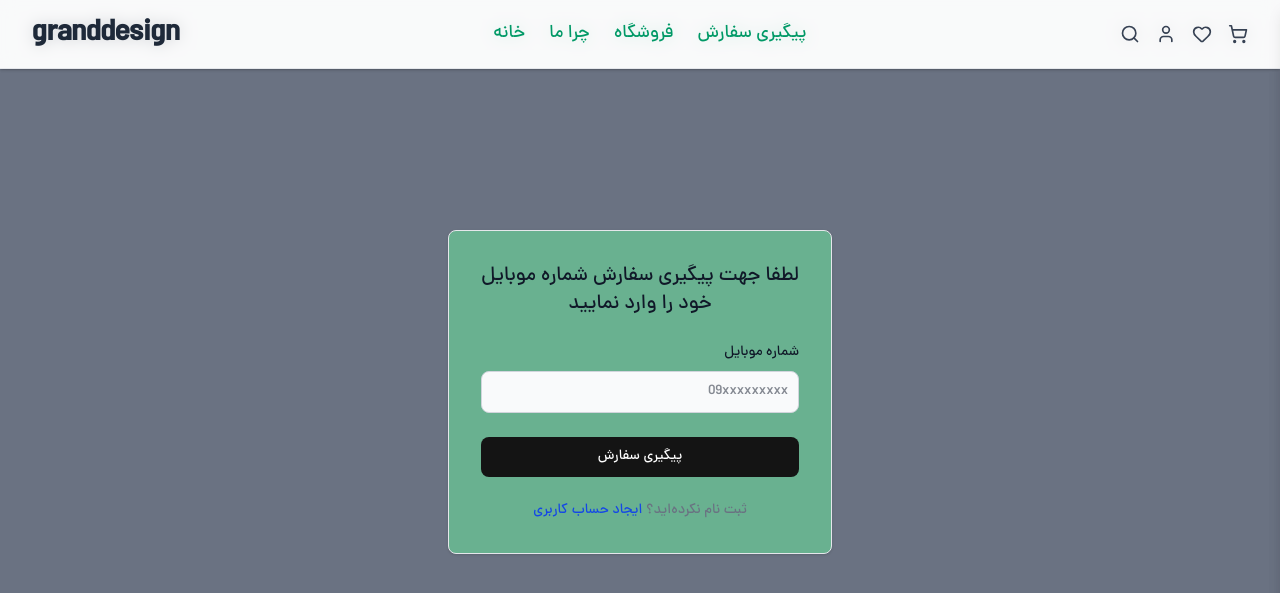
Repository: Aihan-2005/granddesign.frontend
Page: /productTracking
These files come from the project's save history. The page is drawn as it stood at one moment and after the next save; the edit follows.
The browser window is 1280 px wide. The pictures show the whole page.
The project was rebuilt for these pictures with package versions that can differ from the ones it lists, and the page was loaded fresh each time. The framework's server and built-in components were replaced by stand-ins that run in the browser. Also part of the build but not shown: next.config.mjs, src/components/store/modal/Search.jsx, src/zustand/useAuthStore.jsx, src/components/store/modal/Login.jsx, src/components/store/modal/CartModal.jsx, src/components/store/modal/FavoritesModal.jsx.

Above is the page before, as saved 2025-09-16 01:46:32.

### src/app/layout.jsx
import { Geist, Geist_Mono } from "next/font/google";
import "./globals.css";
import Header from './../components/store/Headers';
import Search from './../components/store/modal/Search';
import LoginModal from './../components/store/modal/Login';
import CartModal from './../components/store/modal/CartModal';
import FavoritesModal from "@/components/store/modal/FavoritesModal";

const geistSans = Geist({
  variable: "--font-geist-sans",
  subsets: ["latin"],
});

const geistMono = Geist_Mono({
  variable: "--font-geist-mono",
  subsets: ["latin"],
});

export const metadata = {
  title: "Create Next App",
  description: "Generated by create next app",
};

export default function RootLayout({ children }) {
  return (
    <html lang="en">
      <body className={`${geistSans.variable} ${geistMono.variable} antialiased`}>
        <Header />
        {children}
        <Search/>
        <LoginModal />
        <FavoritesModal/>
        <CartModal />
      </body>
    </html>
  );
}

### src/app/(fullpage)/layout.jsx
export default function LayoutRegister({children}){
    return(
        <>
        {children}
        </>
    )
}

### src/app/(fullpage)/productTracking/page.jsx
import Header from "@/components/store/Headers";

export default function ProductTracking() {
    return (
        <div className="min-h-screen bg-gray-500 relative overflow-hidden" >
            <Header />

            <div className="flex items-center justify-center min-h-screen pt-16">
                <div className="w-full max-w-sm p-4 bg-[#69b190] border border-gray-200 rounded-lg shadow-sm sm:p-6 md:p-8 ">
                    <form className="space-y-6" action="#">
                        <h5 className="text-xl font-medium text-gray-900 dark:text-white text-center">
                            لطفا جهت پیگیری سفارش شماره موبایل خود را وارد نمایید
                        </h5>
                        <div>
                            <label htmlFor="phone" className="block mb-2 text-sm font-medium text-gray-900 dark:text-white text-right">
                                شماره موبایل
                            </label>
                            <input
                                type="tel"
                                name="phone"
                                id="phone"
                                className="bg-gray-50 border border-gray-300 text-gray-900 text-sm rounded-lg focus:ring-blue-500 focus:border-blue-500 block w-full p-2.5 dark:bg-gray-600 dark:border-gray-500 dark:placeholder-gray-400 dark:text-white text-right"
                                placeholder="09xxxxxxxxx"
                                required
                            />
                        </div>

                        <button
                            type="submit"
                            className="w-full text-white bg-[#141414] hover:bg-blue-800 focus:ring-4 focus:outline-none focus:ring-blue-300 font-medium rounded-lg text-sm px-5 py-2.5 text-center dark:bg-blue-600 dark:hover:bg-blue-700 dark:focus:ring-blue-800"
                        >
                            پیگیری سفارش
                        </button>

                        <div className="text-sm font-medium text-gray-500 dark:text-gray-300 text-center">
                            ثبت نام نکرده‌اید؟{" "}
                            <a href="#" className="text-blue-700 hover:underline dark:text-blue-500">
                                ایجاد حساب کاربری
                            </a>
                        </div>
                    </form>
                </div>
            </div>
        </div>
    )
}

### src/app/globals.css
@import "tailwindcss";



@font-face {
  font-family: "Biski";
  src: url("/Fonts/biski/BiskiTrial-Regular.otf") format(opentype);
}
@font-face {
  font-family: "Dana";
  src: url("/Fonts/dana/dana medium.ttf") format(truetype);
}
@font-face {
  font-family: "Niaz";
  src: url("/Fonts/niaz/niaz.ttf") format(truetype);
}

*{
  font-family:"Dana";
   scroll-behavior: smooth;
}




body::-webkit-scrollbar {
    width: 7px;
}

body::-webkit-scrollbar-track {
    background-color: inherit;
    border-radius: 25px;
}

body::-webkit-scrollbar-thumb {
    background-color: rgb(130, 130, 130);
    border-radius: 25px;
}

.changeScroll::-webkit-scrollbar {
    height:  7px;
}

.changeScroll::-webkit-scrollbar-track {
    background-color: inherit;
    border-radius: 25px;
}

.changeScroll::-webkit-scrollbar-thumb {
    background-color: rgb(130, 130, 130);
    border-radius: 25px;
}


body {
background-color: rgba(49, 49, 49, 0.901);
width: 100%;
height: 100%;
}


input:-webkit-autofill,
input:-webkit-autofill:hover,
input:-webkit-autofill:focus,
input:-webkit-autofill:active {
    -webkit-box-shadow: 0 0 0px 1000px #0f172a00 inset !important;
    box-shadow: 0 0 0px 1000px #0f172a00 inset !important;
    -webkit-text-fill-color: #fff !important;
    caret-color: #ffffff !important;
    border-color: #94a3b800 !important;
    transition: background-color 9999s ease-in-out 0s, color 9999s ease-in-out 0s;
    appearance: none;
}
.no-scrollbar::-webkit-scrollbar {
  display: none;
}
.no-scrollbar {
  -ms-overflow-style: none;  /* IE and Edge */
  scrollbar-width: none;  /* Firefox */
}

### src/zustand/Search.jsx
import { create } from "zustand";


export const useSearchStore = create((set) => ({
  isSearchOpen: false,
  openSearch: () => set({ isSearchOpen: true }),
  closeSearch: () => set({ isSearchOpen: false }),
}));

### src/zustand/loginStore.jsx
import { create } from "zustand";


export const useLoginStore = create((set)=>({
    isLoginOpen : false,
    openLogin:()=>set({isLoginOpen:true}),
    closeLogin:()=>set({isLoginOpen:false})
}));

### src/zustand/cartStore.jsx
// import { create } from "zustand";

// export const useCartStore = create((set) => ({
//   isCartOpen: false,
//   items: [],

//   openCart: () => set({ isCartOpen: true }),
//   closeCart: () => set({ isCartOpen: false }),

//   addItem: (product) =>
//     set((state) => {
//       const existing = state.items.find((item) => item.id === product.id);
//       if (existing) {
//         return {
//           items: state.items.map((item) =>
//             item.id === product.id
//               ? { ...item, quantity: item.quantity + 1 }
//               : item
//           ),
//         };
//       }
//       return {
//         items: [...state.items, { ...product, quantity: 1 }],
//       };
//     }),

//   removeItem: (id) =>
//     set((state) => ({
//       items: state.items.filter((item) => item.id !== id),
//     })),
// }));
// src/zustand/cartStore.js
import { create } from 'zustand';
import { persist } from 'zustand/middleware'; // اضافه کردن این import

export const useCartStore = create(
  persist( // اضافه کردن persist
    (set, get) => ({
      items: [],
      isCartOpen: false,

      openCart: () => set({ isCartOpen: true }),
      closeCart: () => set({ isCartOpen: false }),

      addItem: (product) => set((state) => {
        const existingItem = state.items.find(item => item.id === product.id);
        if (existingItem) {
          return {
            items: state.items.map(item =>
              item.id === product.id
                ? { ...item, quantity: item.quantity + 1 }
                : item
            )
          };
        } else {
          return {
            items: [...state.items, { ...product, quantity: 1 }]
          };
        }
      }),

      removeItem: (productId) => set((state) => ({
        items: state.items.filter(item => item.id !== productId)
      })),

      updateQuantity: (productId, newQuantity) => set((state) => ({
        items: state.items.map(item =>
          item.id === productId
            ? { ...item, quantity: Math.max(0, newQuantity) }
            : item
        ).filter(item => item.quantity > 0)
      })),

      clearCart: () => set({ items: [] })
    }),
    {
      name: 'cart-storage', // نام برای localStorage
    }
  )
);

### src/zustand/favoritesStore.jsx
// // src/zustand/wishlistStore.js
// import { create } from 'zustand';
// import { persist } from 'zustand/middleware';

// export const useWishlistStore = create(
//   persist(
//     (set, get) => ({
//       wishlistItems: [],

//       // اضافه کردن محصول به علاقه‌مندی‌ها
//       addToWishlist: (product) => set((state) => {
//         const exists = state.wishlistItems.find(item => item.id === product.id);
//         if (!exists) {
//           return { wishlistItems: [...state.wishlistItems, product] };
//         }
//         return state;
//       }),

//       // حذف محصول از علاقه‌مندی‌ها
//       removeFromWishlist: (productId) => set((state) => ({
//         wishlistItems: state.wishlistItems.filter(item => item.id !== productId)
//       })),

//       // تغییر وضعیت محصول در علاقه‌مندی‌ها
//       toggleWishlistItem: (product) => set((state) => {
//         const exists = state.wishlistItems.find(item => item.id === product.id);
//         if (exists) {
//           return {
//             wishlistItems: state.wishlistItems.filter(item => item.id !== product.id)
//           };
//         } else {
//           return {
//             wishlistItems: [...state.wishlistItems, product]
//           };
//         }
//       }),

//       // پاک کردن همه علاقه‌مندی‌ها
//       clearWishlist: () => set({ wishlistItems: [] }),

//       // بررسی وجود محصول در علاقه‌مندی‌ها
//       isInWishlist: (productId) => {
//         return get().wishlistItems.some(item => item.id === productId);
//       }
//     }),
//     {
//       name: 'wishlist-storage', // نام برای ذخیره در localStorage
//     }
//   )
// );
// src/zustand/wishlistStore.js
// src/zustand/favoritesStore.js
import { create } from 'zustand';
import { persist } from 'zustand/middleware';

export const useWishlistStore = create(
  persist(
    (set, get) => ({
      wishlistItems: [],
      isFavoritesOpen: false, // اضافه کردن این خط

      // توابع جدید برای مدیریت modal
      openFavorites: () => set({ isFavoritesOpen: true }),
      closeFavorites: () => set({ isFavoritesOpen: false }),

      // توابع قبلی...
      addToWishlist: (product) => set((state) => {
        const exists = state.wishlistItems.find(item => item.id === product.id);
        if (!exists) {
          return { wishlistItems: [...state.wishlistItems, product] };
        }
        return state;
      }),

      removeFromWishlist: (productId) => set((state) => ({
        wishlistItems: state.wishlistItems.filter(item => item.id !== productId)
      })),

      toggleWishlistItem: (product) => set((state) => {
        const exists = state.wishlistItems.find(item => item.id === product.id);
        if (exists) {
          return {
            wishlistItems: state.wishlistItems.filter(item => item.id !== product.id),
            isFavoritesOpen: true // باز نگه داشتن modal بعد از حذف
          };
        } else {
          return {
            wishlistItems: [...state.wishlistItems, product],
            isFavoritesOpen: true // باز نگه داشتن modal بعد از اضافه کردن
          };
        }
      }),

      clearWishlist: () => set({ wishlistItems: [] }),

      isInWishlist: (productId) => {
        return get().wishlistItems.some(item => item.id === productId);
      }
    }),
    {
      name: 'wishlist-storage',
    }
  )
);

Loaded but not shown: src/zustand/store.js (18 lines, source omitted); src/components/store/Headers.jsx (396 lines, source omitted)

After the next save:
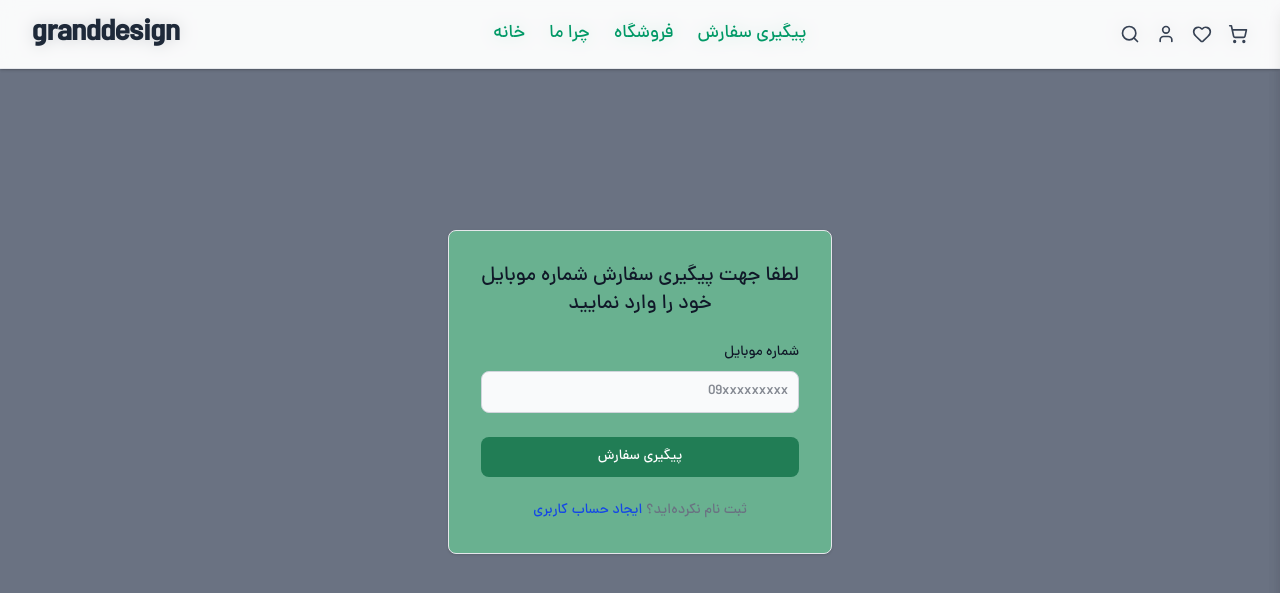
Saved 13 s later.
--- a/src/app/(fullpage)/productTracking/page.jsx
+++ b/src/app/(fullpage)/productTracking/page.jsx
@@ -27,7 +27,7 @@ export default function ProductTracking() {
 
                         <button
                             type="submit"
-                            className="w-full text-white bg-[#141414] hover:bg-blue-800 focus:ring-4 focus:outline-none focus:ring-blue-300 font-medium rounded-lg text-sm px-5 py-2.5 text-center dark:bg-blue-600 dark:hover:bg-blue-700 dark:focus:ring-blue-800"
+                            className="w-full text-white bg-[#217d55] hover:bg-blue-800 focus:ring-4 focus:outline-none focus:ring-blue-300 font-medium rounded-lg text-sm px-5 py-2.5 text-center dark:bg-blue-600 dark:hover:bg-blue-700 dark:focus:ring-blue-800"
                         >
                             پیگیری سفارش
                         </button>
